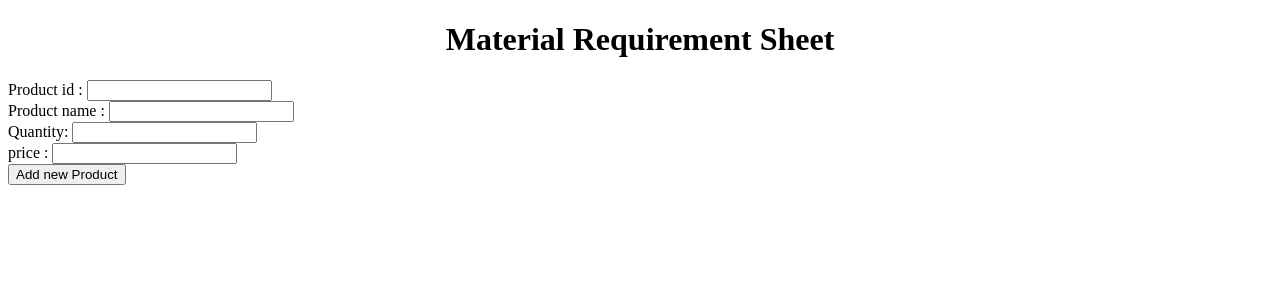
Repository: Nilesh-Parit/J2EE
Page: http://localhost/SpringMvcCrud/WEB-INF/views/addproduct.jsp
The author's editor kept a copy of each file at every save. The page is drawn from the files as they stood at one save, then again after the next save.
The browser window is 1280 px wide. The pictures show the whole page.
The page is served by Tomcat 9. Nobody is signed in. The template is opened directly, without the code that normally fills it, so the values that code supplies are empty.

Above is the page before, as saved 2024-01-12 03:38:28.

After the next save:
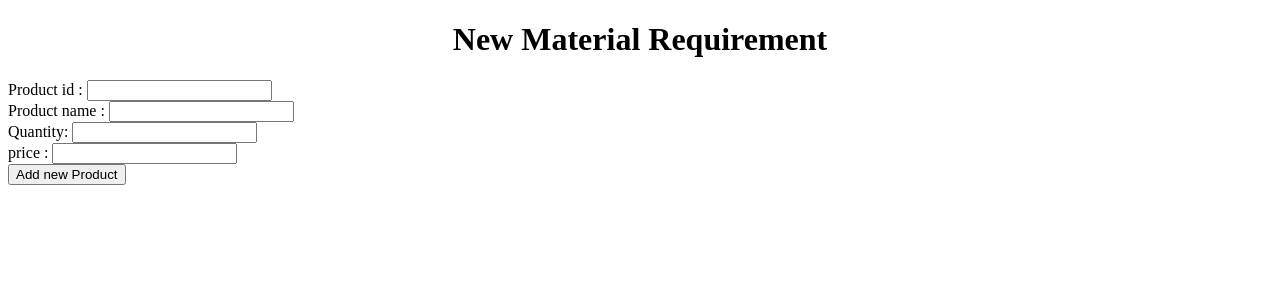
Saved 18 s later.
--- a/Spring/SpringMvcCrud/src/main/webapp/WEB-INF/views/addproduct.jsp
+++ b/Spring/SpringMvcCrud/src/main/webapp/WEB-INF/views/addproduct.jsp
@@ -10,7 +10,7 @@ div {text-align: center;}
 <head>
 <meta charset="ISO-8859-1">
 <title>Insert title here</title>
-<h1 align="center">Material Requirement Sheet</h1>
+<h1>New Material Requirement</h1>
 </head>
 <body>
    <form action="insertProduct" method="post">
